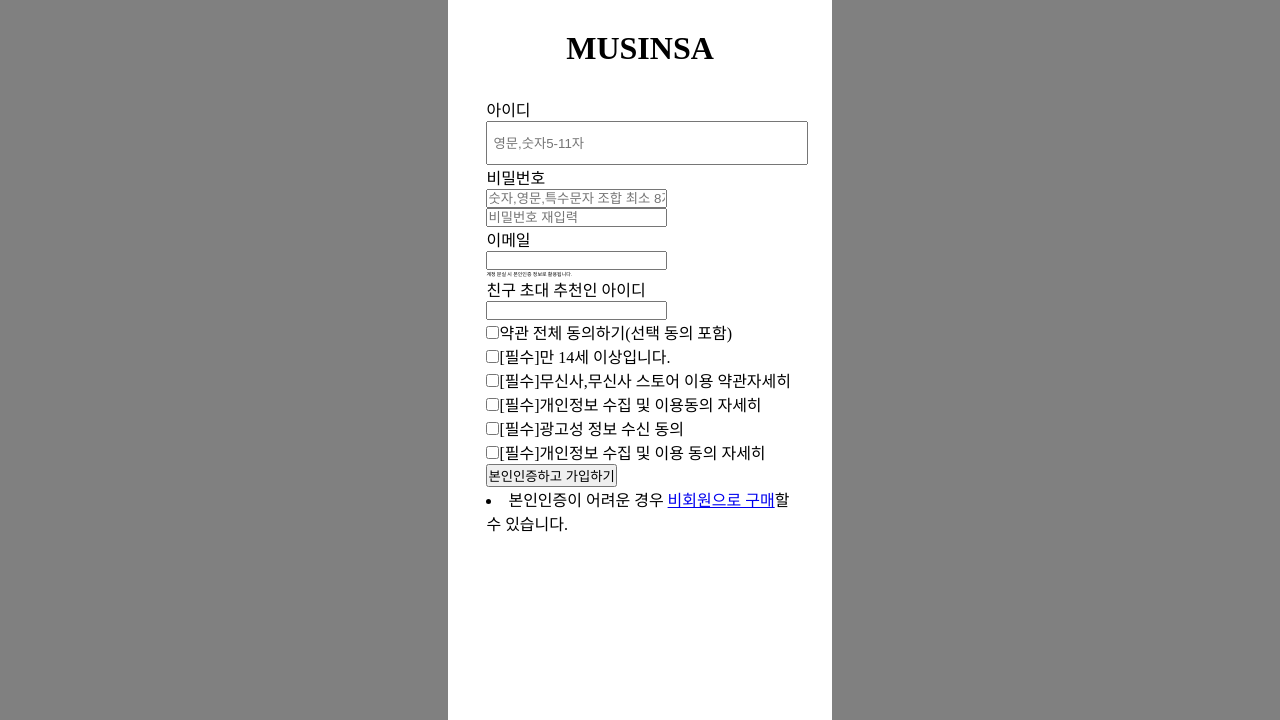
Repository: SilverSharkDeveloper/HTML-CSS-Study
Page: html/workspace/day04/WebContent/task.html
An editor plug-in stored every save of this project. The page is shown before and after the next save, followed by the edit.
The browser window is 1280 px wide. The pictures show the whole page.

Above is the page before, as saved 2023-03-13 12:27:38.

### html/workspace/day04/WebContent/task.html
<!DOCTYPE html>
<html>
<head>
<meta charset="UTF-8">
<title>무신사</title>
<style>
	*{
		margin : 0;
		padding : 0;

	}
</style>
</head>
<body>
		<div class = "container" style = "background : grey ; height :100vh">
			<div class = "container login" style ="width : 30%;height : 100%; margin : 0 auto ; background :white">
				<div>
					<header style ="text-align : center;padding: 30px 0">
						<h1>MUSINSA</h1>
					</header>
				</div>
				<div style = "width : 80% ;margin : 0 auto">
					<form  >
						<div>
							아이디
						</div>
						<div>
							<input type ="text" placeholder = "영문,숫자5-11자" style ="width : 100% ; height:30px; padding : 5px">
						</div>
						<div>
							비밀번호
						</div>
						<div>
							<input type = "password" placeholder ="숫자,영문,특수문자 조합 최소 8자">
							<input type = "password" placeholder ="비밀번호 재입력">
						</div>
						<div>
							이메일
						</div>
						<div>
							<input type = "email">
						</div>
						<div style = "font-size : 5px">
							계정 분실 시 본인인증 정보로 활용됩니다.
						</div>
						<div>
							친구 초대 추천인 아이디
						</div>
						<div>
							<input type = "text">
						</div>
						<div>
							<input type = "checkbox">약관 전체 동의하기(선택 동의 포함)
						</div>
						<div>
							<div>
								<input type = "checkbox">[필수]만 14세 이상입니다.
							</div>
							<div>
							<input type = "checkbox">[필수]무신사,무신사 스토어 이용 약관자세히
							</div>
							<div>
							<input type = "checkbox">[필수]개인정보 수집 및 이용동의 자세히
							</div>
							<div>
							<input type = "checkbox">[필수]광고성 정보 수신 동의
							</div>
							<div>
							<input type = "checkbox">[필수]개인정보 수집 및 이용 동의 자세히
							</div>
						</div>
						<div>
							<button>본인인증하고 가입하기</button>
						</div>
						<div>
							<li>본인인증이 어려운 경우 <a href ="#">비회원으로 구매</a>할 수 있습니다.</li>
						</div>
					</form>
				</div>
			</div>
		</div>
</body>
</html>

After the next save:
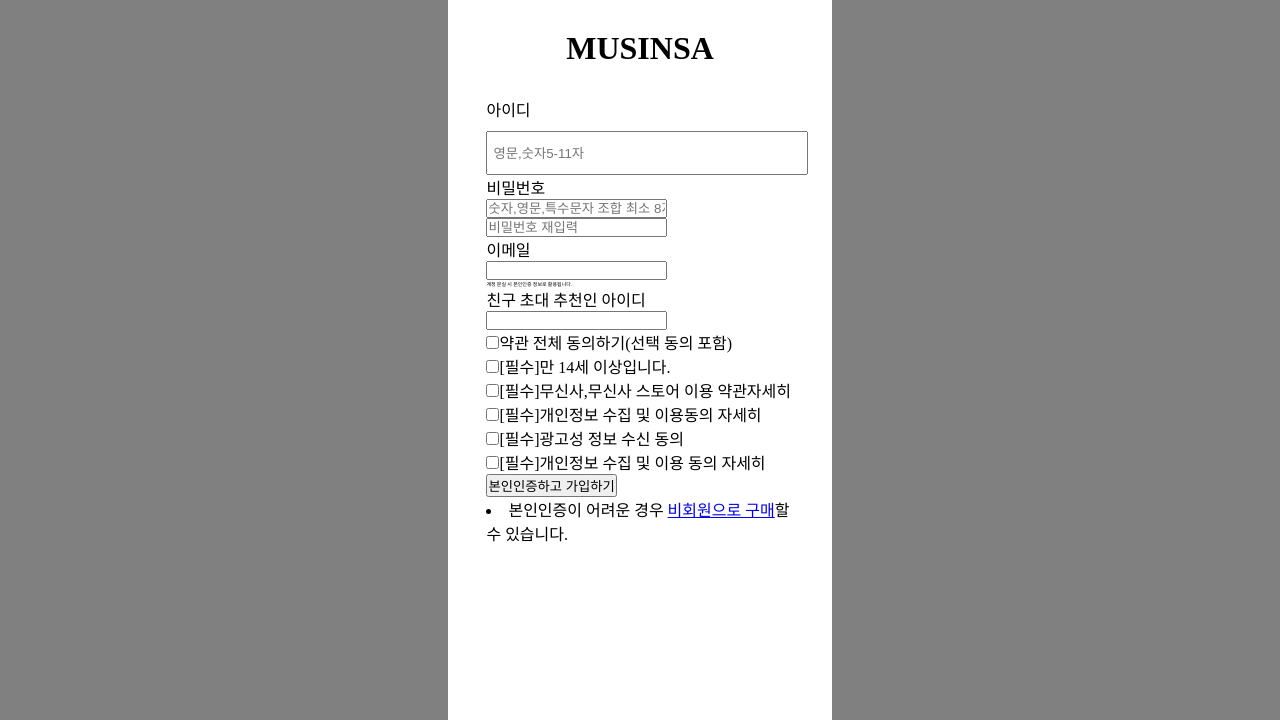
Saved 42 s later.
--- a/html/workspace/day04/WebContent/task.html
+++ b/html/workspace/day04/WebContent/task.html
@@ -21,7 +21,7 @@
 				</div>
 				<div style = "width : 80% ;margin : 0 auto">
 					<form  >
-						<div>
+						<div style ="margin-bottom :10px">
 							아이디
 						</div>
 						<div>
